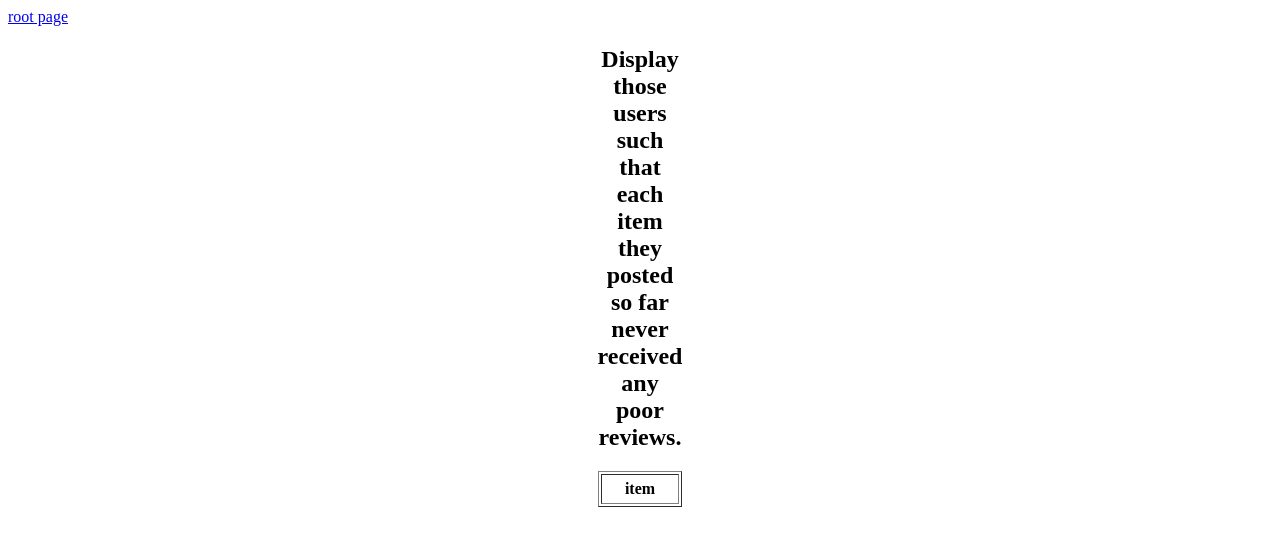
Repository: HamdanM/DatabaseProject
Page: http://localhost/DB3/Displaynum9.jsp
These files come from the project's save history. The page is drawn as it stood at one moment and after the next save; the edit follows.
The browser window is 1280 px wide. The pictures show the whole page.
The page is served by Tomcat 9. Nobody is signed in. The application's start-up code is not run. Other server files are loaded and not shown.

Above is the page before, as saved 2019-07-27 23:40:19.

### DB3/WebContent/Displaynum9.jsp
<%@ page language="java" contentType="text/html; charset=ISO-8859-1"
    pageEncoding="ISO-8859-1"%>
  <%@ taglib prefix="c" uri="http://java.sun.com/jsp/jstl/core" %>
<!DOCTYPE html PUBLIC "-//W3C//DTD HTML 4.01 Transitional//EN" "http://www.w3.org/TR/html4/loose.dtd">
<html>
<head>
<meta charset="UTF-8">
<title>Online Store</title>
</head>
<body>

<a href="root.jsp">root page</a>

  <div align="center">
        <table border="1" cellpadding="5">
            <caption><h2>Display those users such that each item they posted so far never received any poor reviews.</h2></caption>
            <tr>

                <th>item</th>



            </tr>
            <c:forEach var="us" items="${usersList}">
                <tr>

                    <td><c:out value="${us.getUser_UserID()}" /></td>



                </tr>
            </c:forEach>
        </table>
    </div>

</body>
</html>

After the next save:
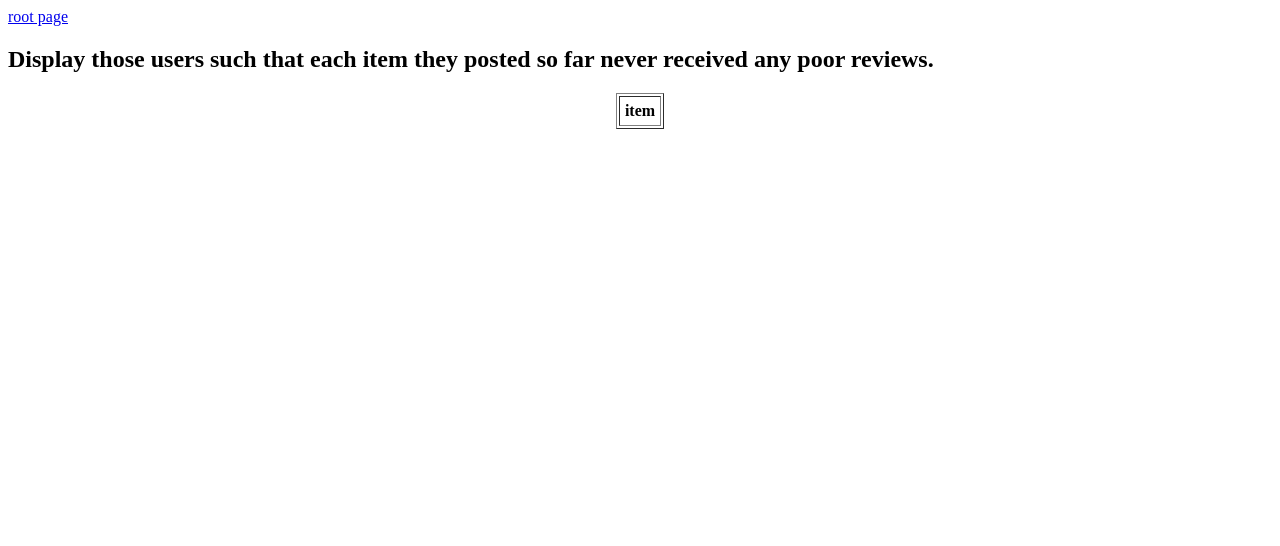
Saved 11 s later.
--- a/DB3/WebContent/Displaynum9.jsp
+++ b/DB3/WebContent/Displaynum9.jsp
@@ -10,10 +10,10 @@
 <body>
 
 <a href="root.jsp">root page</a>
+            <caption><h2>Display those users such that each item they posted so far never received any poor reviews.</h2></caption>
 
   <div align="center">
         <table border="1" cellpadding="5">
-            <caption><h2>Display those users such that each item they posted so far never received any poor reviews.</h2></caption>
             <tr>
 
                 <th>item</th>
